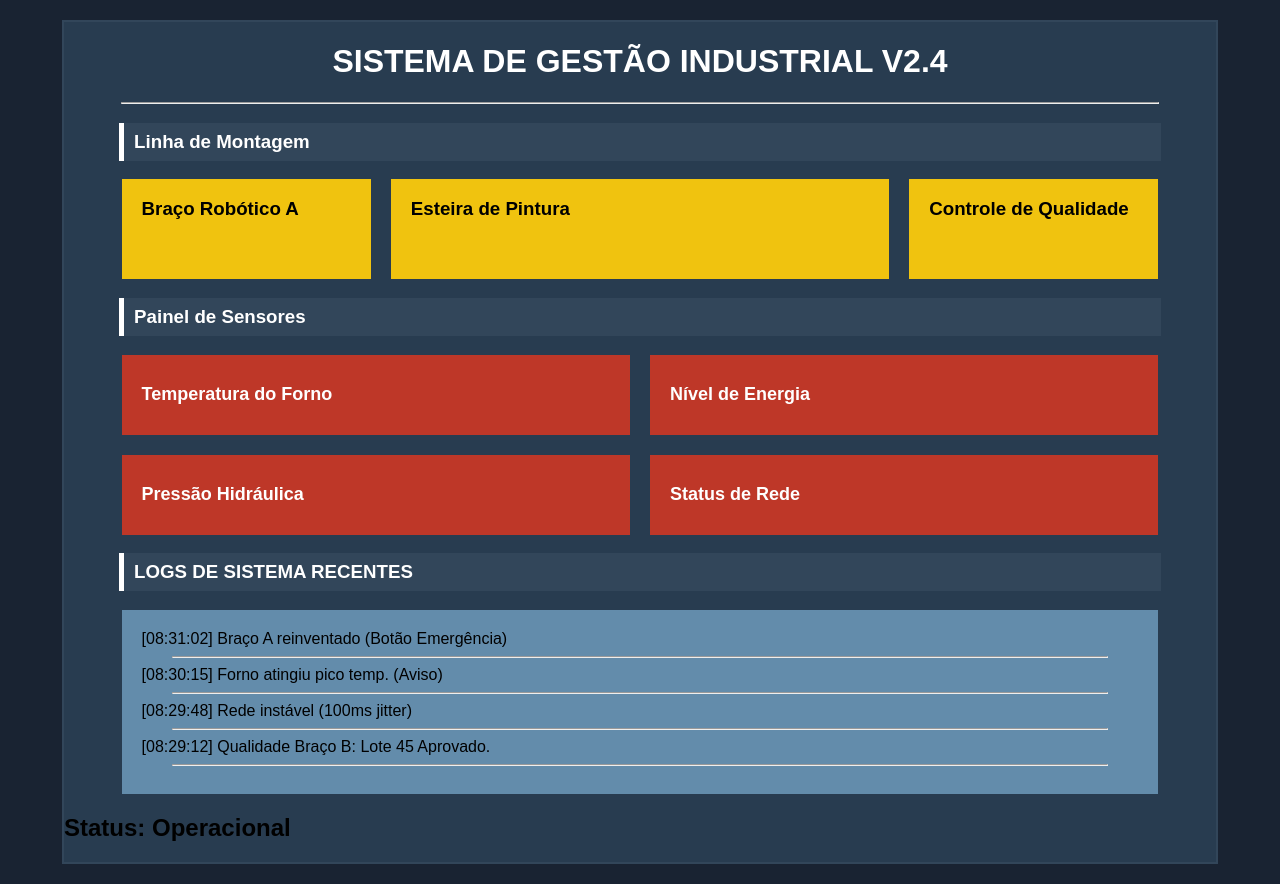
Repository: DanielEDapper/Front-WEG
Page: ProfeIgor/Aula5 - Dashboard Industrial/index.html
The author's editor kept a copy of each file at every save. The page is drawn from the files as they stood at one save, then again after the next save.
The browser window is 1280 px wide. The pictures show the whole page.
Some icons come from a web library that is not loaded, so they are not drawn.

Above is the page before, as saved 2026-05-29 20:05:34.

After the next save:
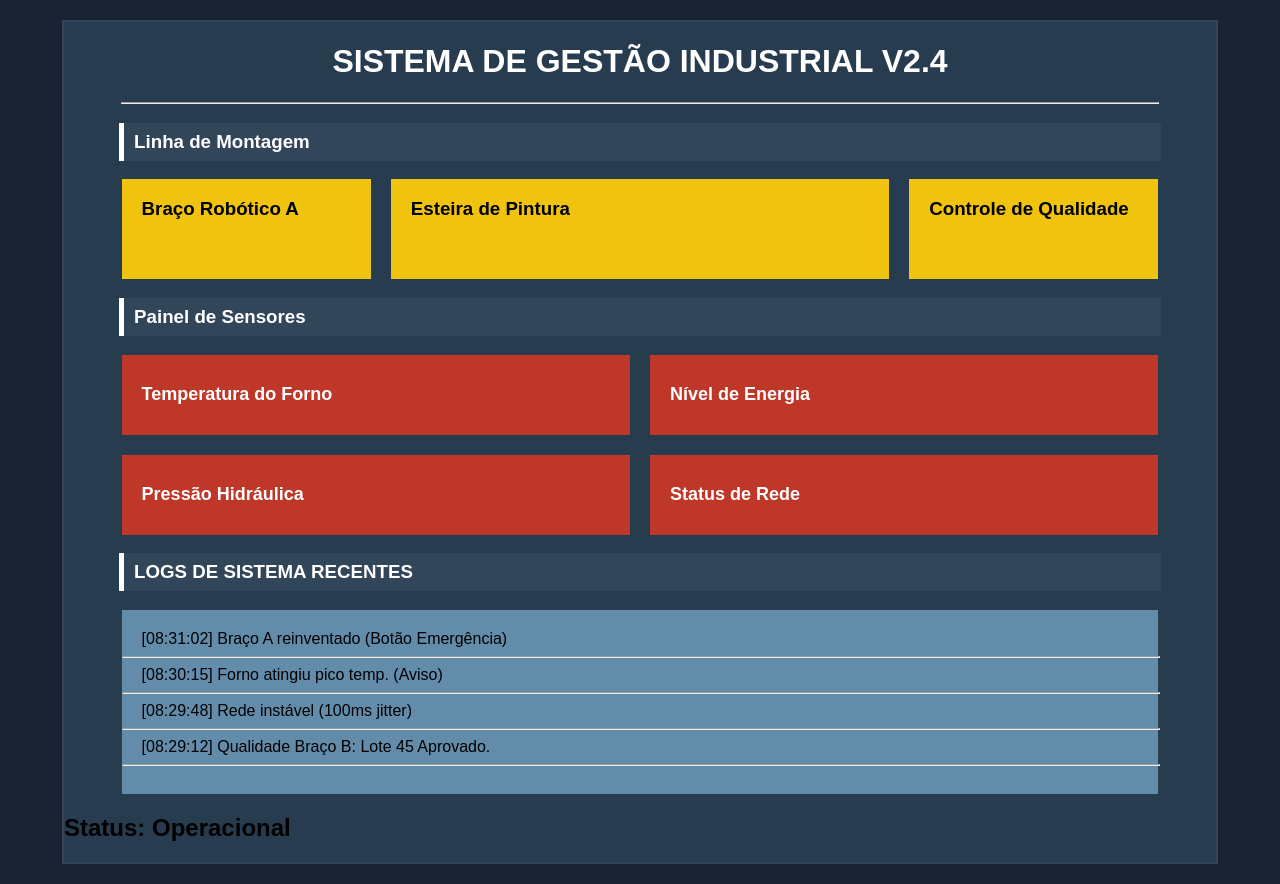
Saved 7 s later.
--- a/ProfeIgor/Aula5 - Dashboard Industrial/style.css
+++ b/ProfeIgor/Aula5 - Dashboard Industrial/style.css
@@ -133,5 +133,5 @@ hr{
 }
 
 .container-logs hr{
-    width: 90%;
+    width: 100%;
 }
